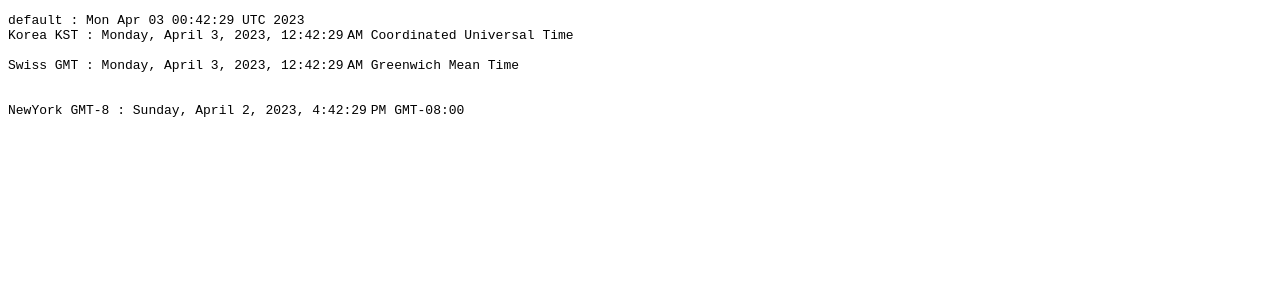
Repository: itrecipe/Web_ez
Page: http://localhost/jspCh07/27_jstlFmt.jsp
An editor plug-in stored every save of this project. The page is shown before and after the next save, followed by the edit.
The browser window is 1280 px wide. The pictures show the whole page.
The page is served by Tomcat 9.

Above is the page before, as saved 2023-04-05 01:17:34.

After the next save:
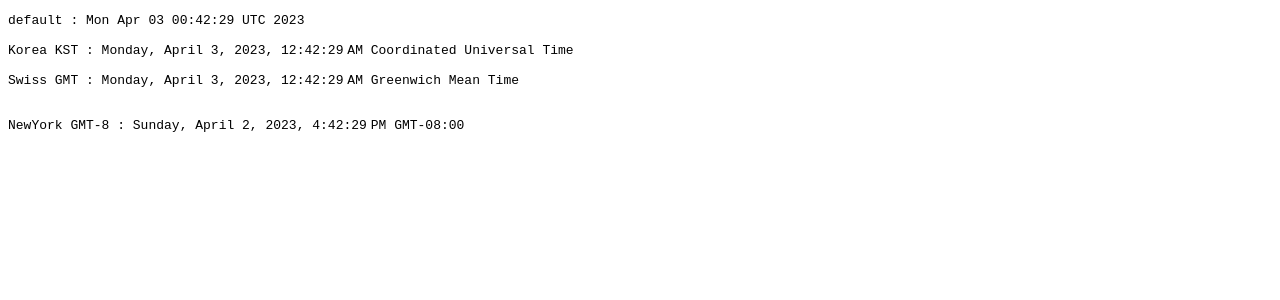
Saved 37 s later.
--- a/jspCh07/src/main/webapp/27_jstlFmt.jsp
+++ b/jspCh07/src/main/webapp/27_jstlFmt.jsp
@@ -18,6 +18,7 @@
 --%>
 <pre>
 default : <c:out value="${now}"/>
+<%--timeZone를 지정하지 않으면 해당 OS가 사용하는 time --%>
 Korea KST : <fmt:formatDate value="${now }" type="both" dateStyle="full"
 			timeStyle="full"/>
 <fmt:timeZone value="GMT">
